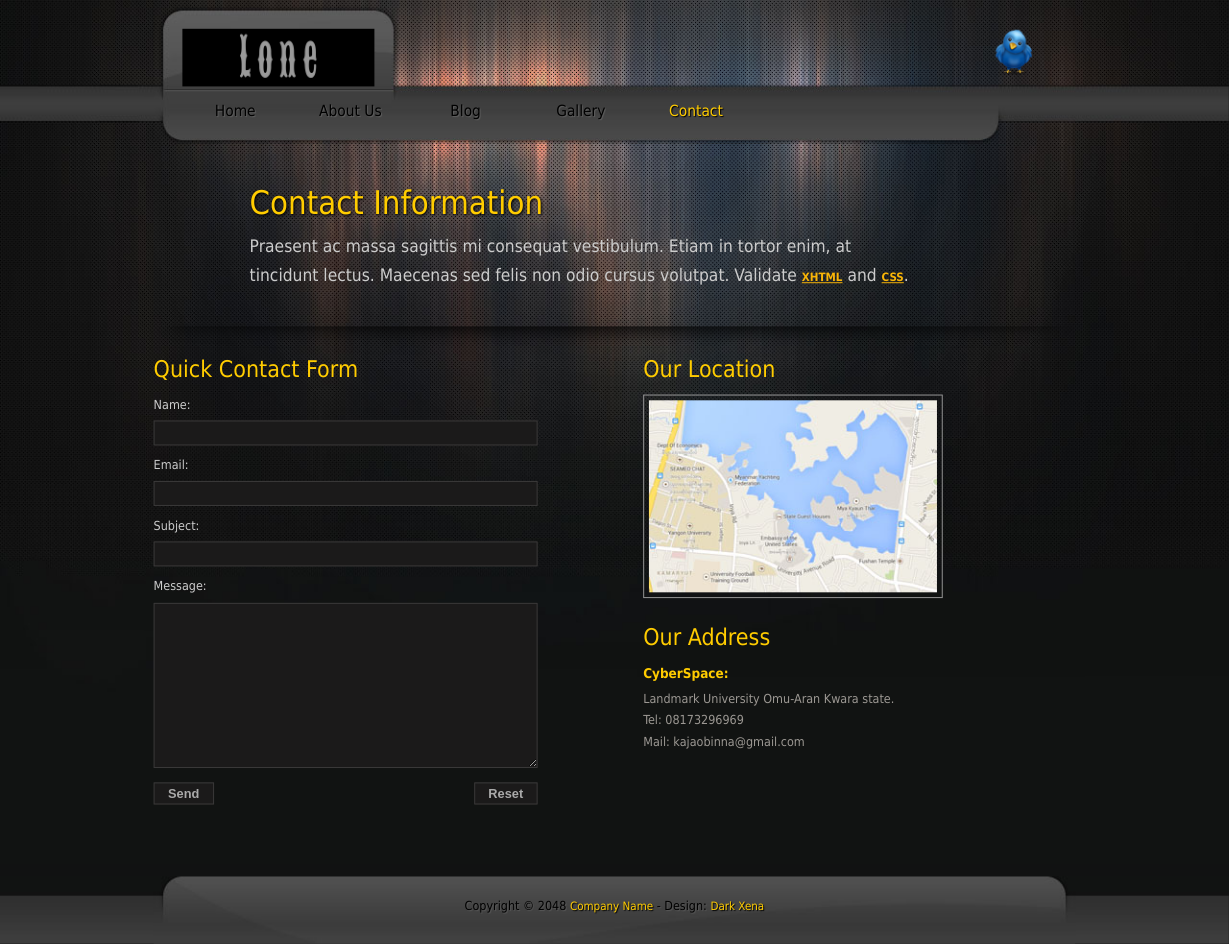
Repository: xenacode-art/Portfolio
Page: 2020_dark_pixel/contact.html
These files come from the project's save history. The page is drawn as it stood at one moment and after the next save; the edit follows.
The browser window is 1280 px wide. The pictures show the whole page, at 96% of full size.
Pictures or frames that could not be fetched are drawn as grey boxes.

Above is the page before, as saved 2022-03-08 01:07:36.

After the next save:
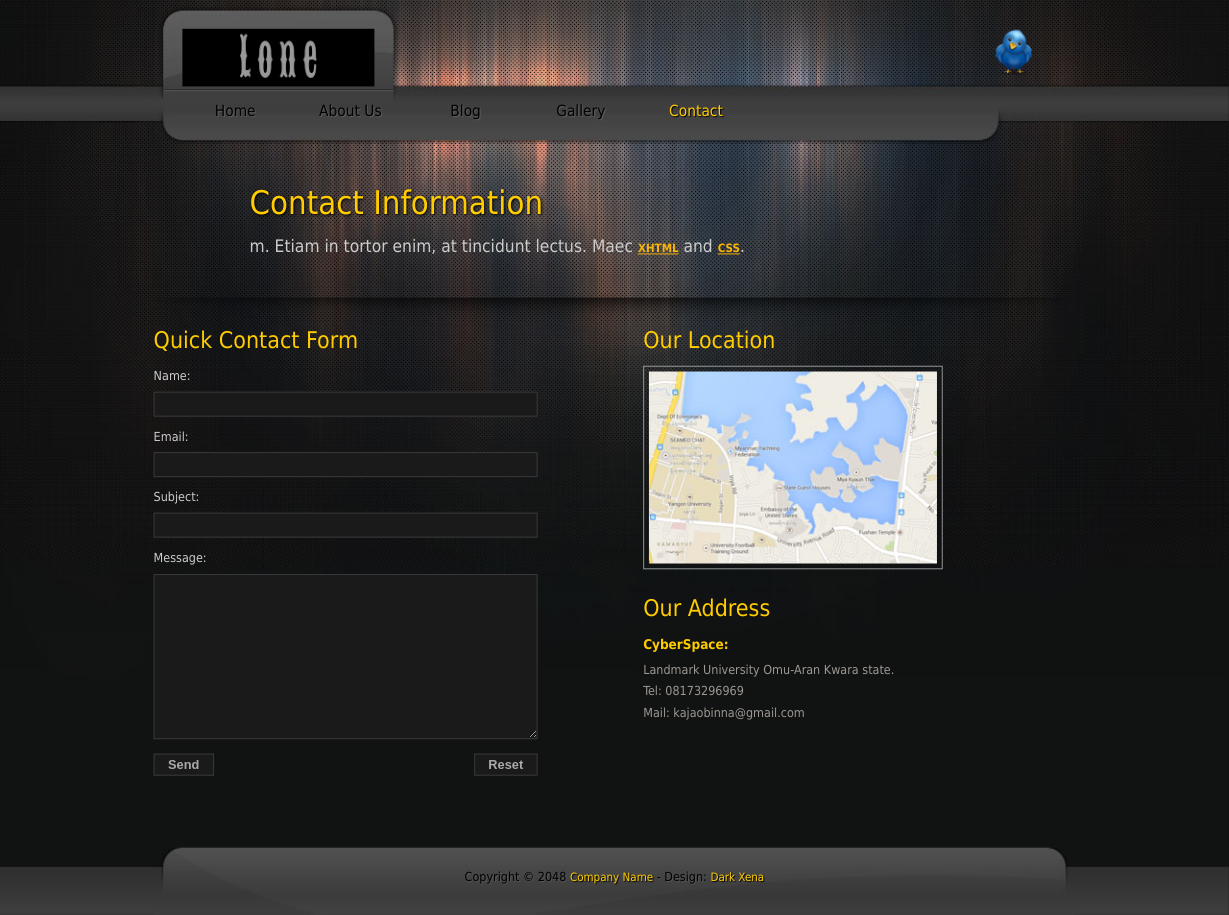
Saved 68 s later.
--- a/2020_dark_pixel/contact.html
+++ b/2020_dark_pixel/contact.html
@@ -62,7 +62,7 @@ $(document).ready(function() {
     	<div id="mid_title">
         	Contact Information
         </div>
-        <p> Praesent ac massa sagittis mi consequat vestibulum. Etiam in tortor enim, at tincidunt lectus. Maecenas sed felis non odio cursus volutpat. Validate <a href="http://validator.w3.org/check?uri=referer" rel="nofollow"><strong>XHTML</strong></a> and <a href="http://jigsaw.w3.org/css-validator/check/referer" rel="nofollow"><strong>CSS</strong></a>.</p>
+        <p> m. Etiam in tortor enim, at tincidunt lectus. Maec <a href="http://validator.w3.org/check?uri=referer" rel="nofollow"><strong>XHTML</strong></a> and <a href="http://jigsaw.w3.org/css-validator/check/referer" rel="nofollow"><strong>CSS</strong></a>.</p>
     </div> <!-- end of middle -->
 
     <div id="tooplate_main">
